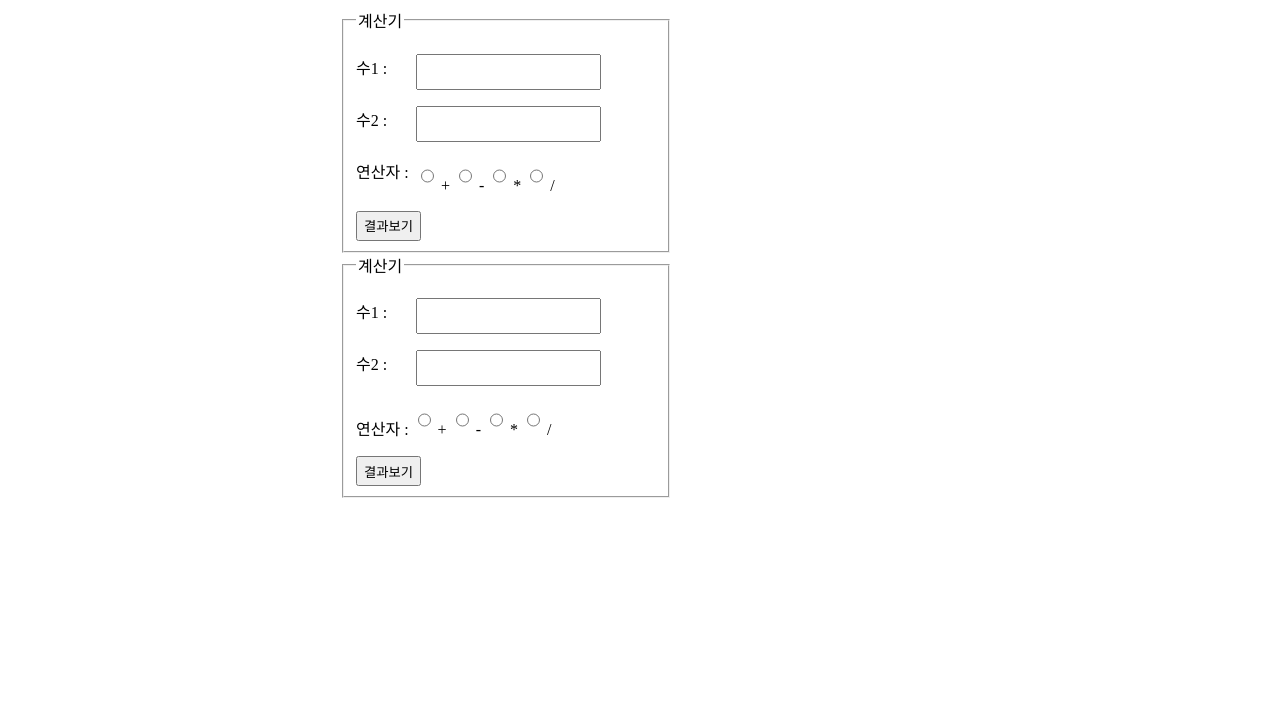
Repository: Kebiskim/2023_jspStudy
Page: 01_servlet/src/main/webapp/view/Ex07.html
These files come from the project's save history. The page is drawn as it stood at one moment and after the next save; the edit follows.
The browser window is 1280 px wide. The pictures show the whole page.

Above is the page before, as saved 2023-06-30 06:02:58.

After the next save:
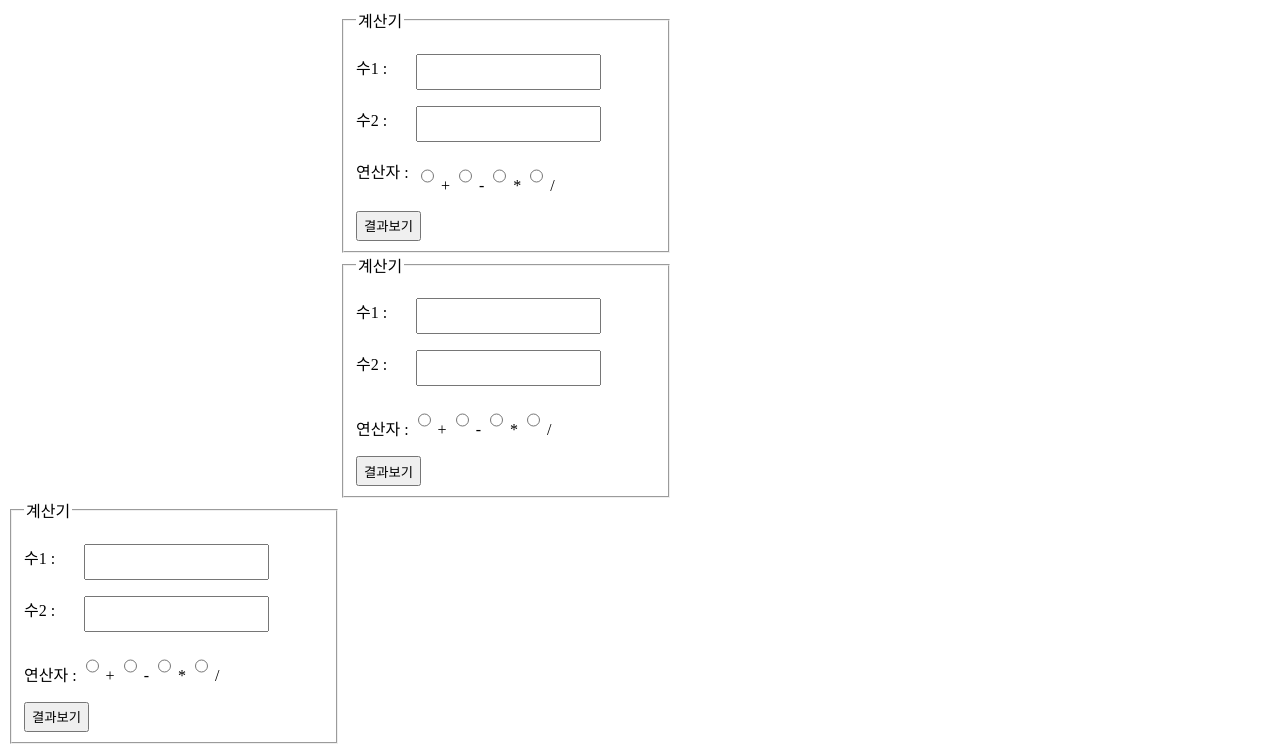
Saved 49 s later.
--- a/01_servlet/src/main/webapp/view/Ex07.html
+++ b/01_servlet/src/main/webapp/view/Ex07.html
@@ -97,5 +97,25 @@
 			</fieldset>
 		</form>
 	</div>
+
+	<div id="mydiv3">
+		<form method="post">
+			<!-- 맨 위 제목 포함해서 전체 내용 감싸는 박스 => fieldset -->
+			<fieldset>
+				<legend>계산기</legend>
+				<p><label for="s1">수1 : </label>
+				<input type="number" name="num1" id="num1" required></p>
+				<p><label for="s1">수2 : </label>
+				<input type="number" name="num2" id="num2" required></p>
+				<p>연산자 :
+					<input type="radio" name="op" value="+"> +
+					<input type="radio" name="op" value="-"> -
+					<input type="radio" name="op" value="*"> *
+					<input type="radio" name="op" value="/"> /
+				</p>
+					<input type="submit" value="결과보기" onclick="send_go(this.form)">
+			</fieldset>
+		</form>
+	</div>
 </body>
 </html>
